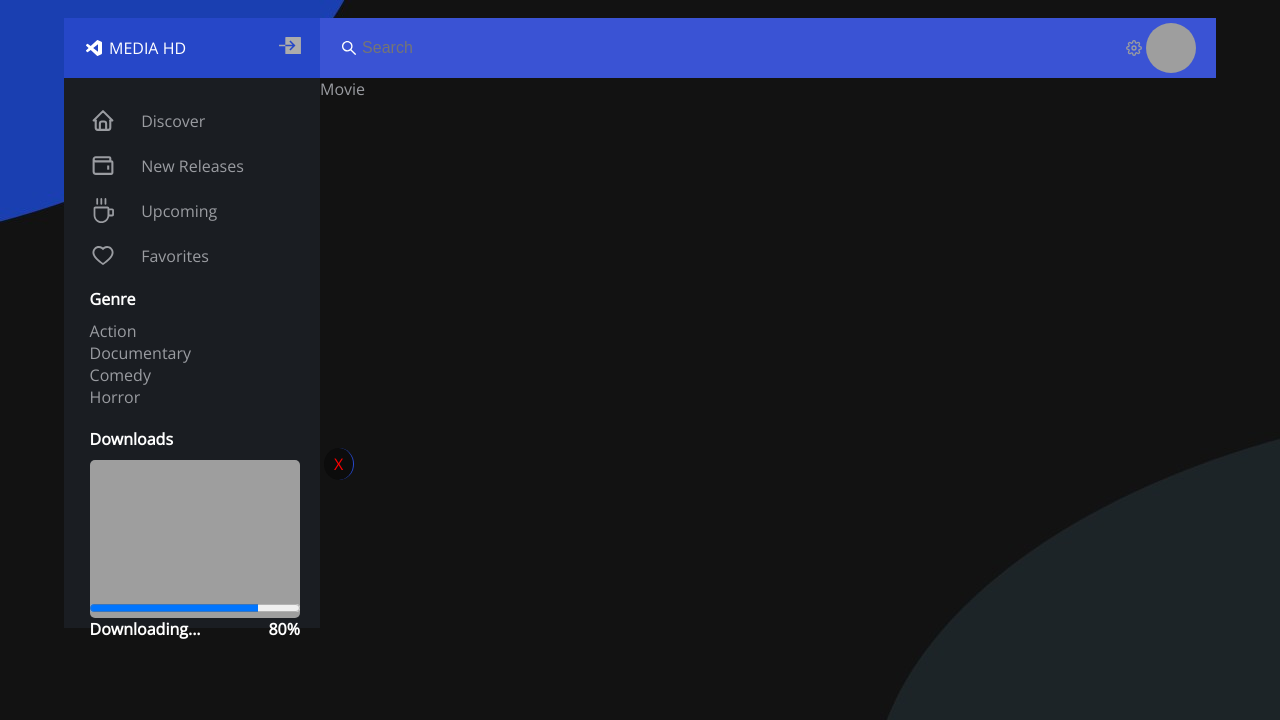
Repository: DevLaukey/movie-task
Page: /
These files come from the project's save history. The page is drawn as it stood at one moment and after the next save; the edit follows.
The browser window is 1280 px wide. The pictures show the whole page.
Pictures or frames that could not be fetched are drawn as grey boxes. The page's requests for data from a server got no answer. The project was rebuilt for these pictures with package versions that can differ from the ones it lists, and the page was loaded fresh each time. No one was signed in, and anything a server would have sent is missing. Also part of the build but not shown: src/components/Body/Movies.css.

Above is the page before, as saved 2022-06-15 21:20:35.

After the next save:
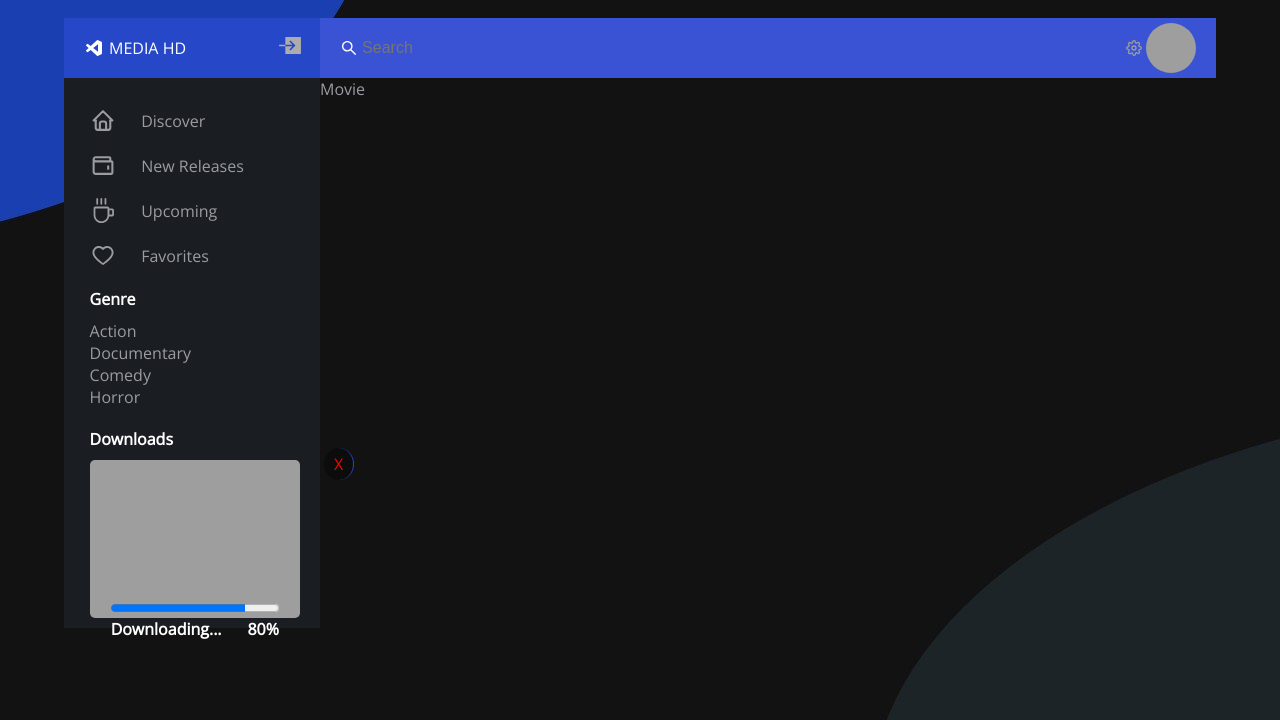
Saved 16 s later.
--- a/src/components/Sidebar/Sidebar.css
+++ b/src/components/Sidebar/Sidebar.css
@@ -88,6 +88,10 @@ border-radius: 5px;
   width: 100%;
   justify-content: space-between;
 }
+.sidebar__downloads-details{
+   width: 80%;
+margin-left: 10%;
+}
 .sidebar__downloads-progress{
   display: flex;
  width: 100%;
